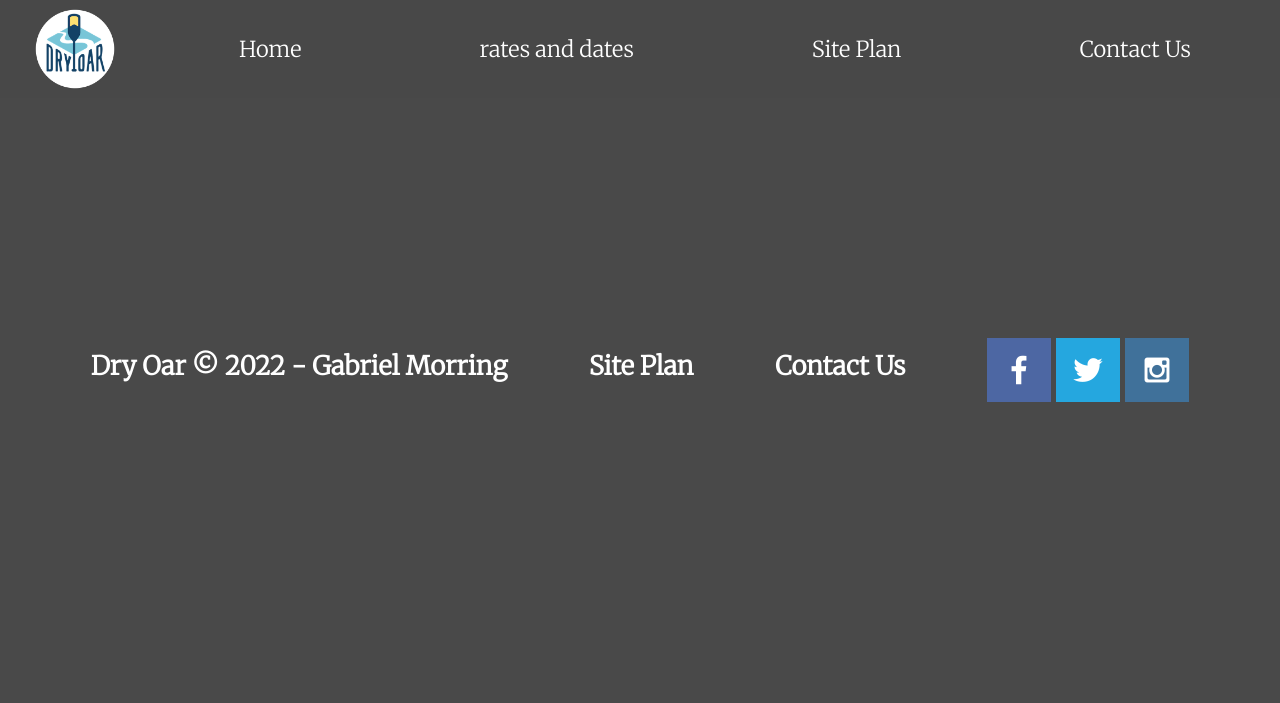
Repository: GabrielMorring/wdd130
Page: wwr/contactus.html
These files come from the project's save history. The page is drawn as it stood at one moment and after the next save; the edit follows.
The browser window is 1280 px wide. The pictures show the whole page.
Some web fonts or font styles are not loaded; a fallback is used.

Above is the page before, as saved 2022-06-21 09:59:59.

After the next save:
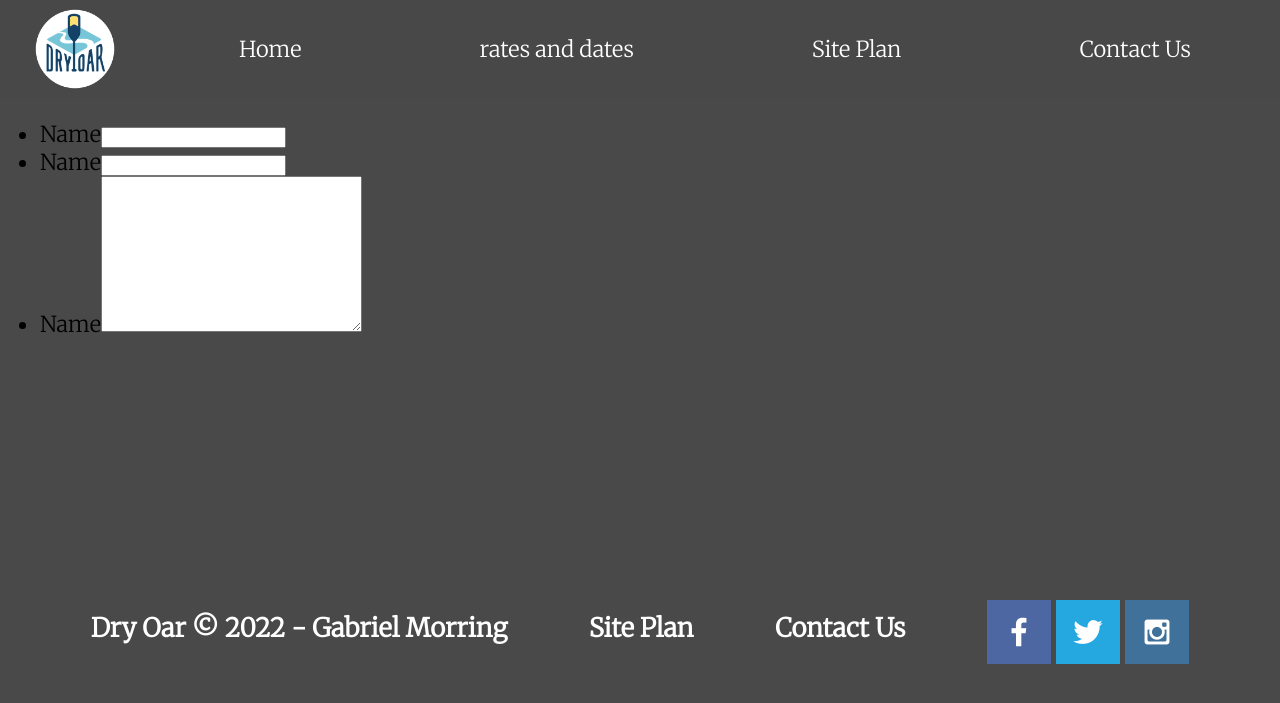
Saved 13 min 2 s later.
--- a/wwr/contactus.html
+++ b/wwr/contactus.html
@@ -21,7 +21,23 @@
         </nav>
       </header>
 
-      <main class="rates_dates"></main>
+      <main class="rates_dates">
+        <form action="/my-handling-form-page" method="post">
+          <ul>
+            <li><label for="name">Name</label><input type="text" /></li>
+            <li><label for="name">Name</label><input type="email" /></li>
+            <li>
+              <label for="name">Name</label
+              ><textarea
+                name="user_message"
+                id="msg"
+                cols="30"
+                rows="10"
+              ></textarea>
+            </li>
+          </ul>
+        </form>
+      </main>
 
       <footer>
         <h3>Dry Oar &copy; 2022 - Gabriel Morring</h3>
